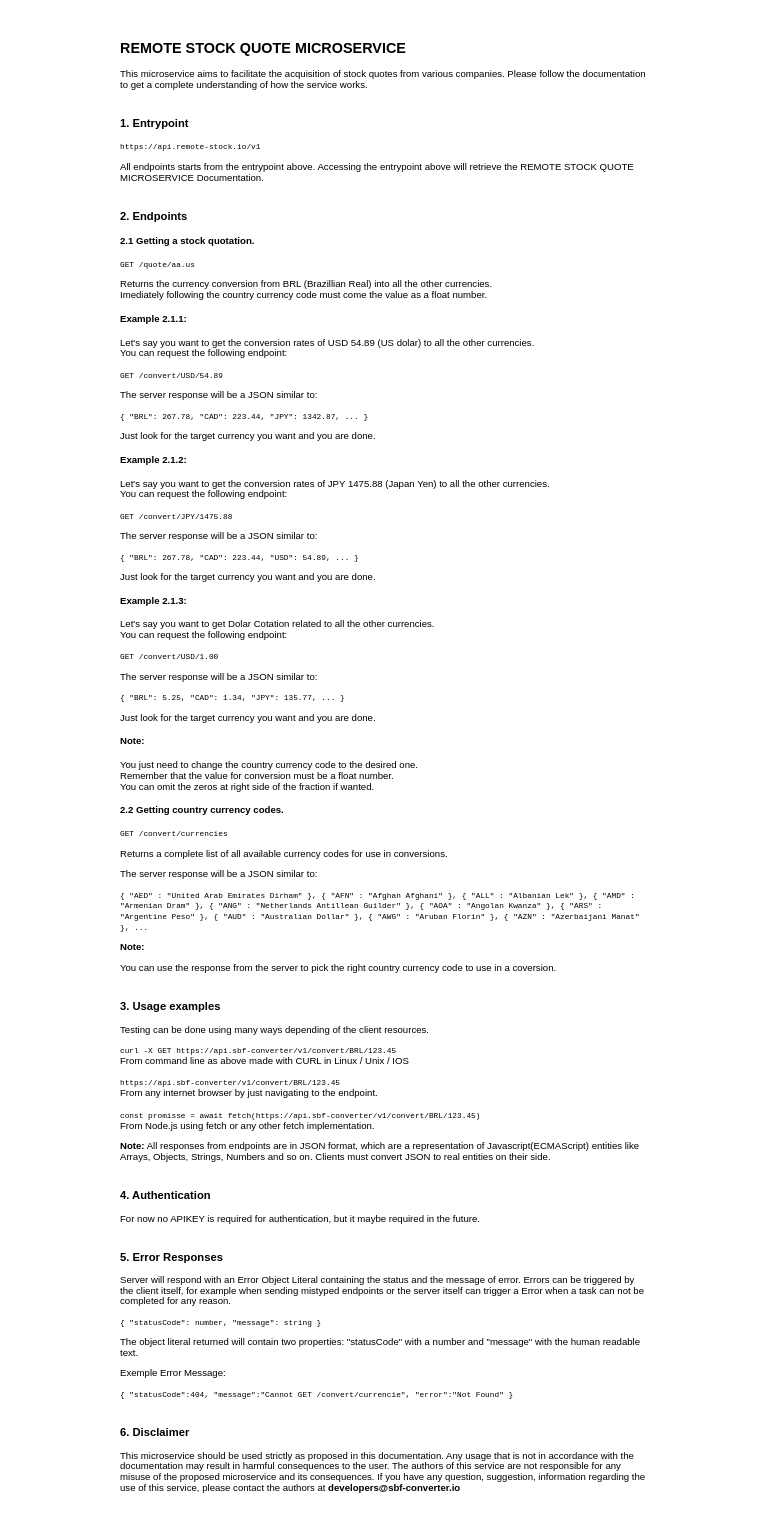
Repository: miguelamello/nest-js
Page: api-service/documentation.html
An editor plug-in stored every save of this project. The page is shown before and after a run of saves, followed by the edit.
The browser window is 1280 px wide. The pictures show the whole page, at 60% of full size.

Above is the page before, as saved 2023-03-28 17:49:20.

### api-service/documentation.html
<!DOCTYPE html>
<html lang="en">
<head>
  <meta charset="UTF-8">
  <meta http-equiv="X-UA-Compatible" content="IE=edge">
  <meta name="viewport" content="width=device-width, initial-scale=1.0">
  <title>REMOTE STOCK QUOTE MICROSERVICE</title>
  <style>
    body {
      font-family: Arial, Helvetica, sans-serif;
      padding: 3% 15%;
    }

    h3 {
      margin-top: 5%;
    }
  </style>
</head>
<body>
  <h2>REMOTE STOCK QUOTE MICROSERVICE</h2>
  <p>
    This microservice aims to facilitate the acquisition of stock quotes from various companies.
    Please follow the documentation to get a complete understanding of how the service works.
  </p>

  <h3>1. Entrypoint</h3>
  <code>https://api.remote-stock.io/v1</code>
  <p>
    All endpoints starts from the entrypoint above. Accessing the entrypoint
    above will retrieve the REMOTE STOCK QUOTE MICROSERVICE Documentation.
  </p>

  <h3>2. Endpoints</h3>
  <h4>2.1 Getting a stock quotation.</h4>
  <p>
    <code>GET /quote/aa.us</code>
    <div>Returns the currency conversion from BRL (Brazillian Real) into all the other currencies.</div>
    <div>Imediately following the country currency code must come the value as a float number.</div>

    <p>
      <h4>Example 2.1.1:</h4>
      <div>Let's say you want to get the conversion rates of USD 54.89 (US dolar) to all the other currencies.</div>
      <div>You can request the following endpoint:</div><br>
      <code>GET /convert/USD/54.89</code>
    </p>

    <p>The server response will be a JSON similar to:</p>

    <code>{ "BRL": 267.78, "CAD": 223.44, "JPY": 1342.87, ... }</code>

    <p>Just look for the target currency you want and you are done.</p>

    <p>
      <h4>Example 2.1.2:</h4>
      <div>Let's say you want to get the conversion rates of JPY 1475.88 (Japan Yen) to all the other currencies.</div>
      <div>You can request the following endpoint:</div><br>
      <code>GET /convert/JPY/1475.88</code>
    </p>

    <p>The server response will be a JSON similar to:</p>

    <code>{ "BRL": 267.78, "CAD": 223.44, "USD": 54.89, ... }</code>

    <p>Just look for the target currency you want and you are done.</p>

    <p>
      <h4>Example 2.1.3:</h4>
      <div>Let's say you want to get Dolar Cotation related to all the other currencies.</div>
      <div>You can request the following endpoint:</div><br>
      <code>GET /convert/USD/1.00</code>
    </p>

    <p>The server response will be a JSON similar to:</p>

    <code>{ "BRL": 5.25, "CAD": 1.34, "JPY": 135.77, ... }</code>

    <p>Just look for the target currency you want and you are done.</p>

    <p>
      <h4>Note:</h4>
      <div>You just need to change the country currency code to the desired one.</div>
      <div>Remember that the value for conversion must be a float number.</div>
      <div>You can omit the zeros at right side of the fraction if wanted.</div>
    </p>
  </p>

  <h4>2.2 Getting country currency codes.</h4>
  <p>
    <code>GET /convert/currencies</code>
    <div>Returns a complete list of all available currency codes for use in conversions.</div>

    <p>The server response will be a JSON similar to:</p>
    <code>
      { "AED" : "United Arab Emirates Dirham" },
      { "AFN" : "Afghan Afghani" },
      { "ALL" : "Albanian Lek" },
      { "AMD" : "Armenian Dram" },
      { "ANG" : "Netherlands Antillean Guilder" },
      { "AOA" : "Angolan Kwanza" },
      { "ARS" : "Argentine Peso" },
      { "AUD" : "Australian Dollar" },
      { "AWG" : "Aruban Florin" },
      { "AZN" : "Azerbaijani Manat" },
      ...
    </code>

    <p>
      <b>Note:</b>
      <div>You can use the response from the server to pick the right
        country currency code to use in a coversion.</div>
    </p>
  </p>

  <h3>3. Usage examples</h3>

  <p>Testing can be done using many ways depending of the client resources.</p>

  <code>curl -X GET https://api.sbf-converter/v1/convert/BRL/123.45</code>
  <div>From command line as above made with CURL in Linux / Unix / IOS</div>
  <br>
  <code>https://api.sbf-converter/v1/convert/BRL/123.45</code>
  <div>From any internet browser by just navigating to the endpoint.</div>
  <br>
  <code>const promisse = await fetch(https://api.sbf-converter/v1/convert/BRL/123.45)</code>
  <div>From Node.js using fetch or any other fetch implementation.</div>

  <p>
    <b>Note:</b> All responses from endpoints are in JSON format, which are a
    representation of Javascript(ECMAScript) entities like Arrays, Objects,
    Strings, Numbers and so on. Clients must convert JSON to real entities
    on their side.
  </p>

  <h3>4. Authentication</h3>
  <p>For now no APIKEY is required for authentication, but it maybe required in the future.</p>

  <h3>5. Error Responses</h3>

  <p>
    Server will respond with an Error Object Literal containing
    the status and the message of error. Errors can be triggered
    by the client itself, for example when sending mistyped endpoints
    or the server itself can trigger a Error when a
    task can not be completed for any reason.
  </p>

  <p>
    <code>{ "statusCode": number, "message": string }</code><br>
    <div>
      The object literal returned will contain two properties:
      "statusCode" with a number and "message" with the human readable text.
    </div>
  </p>

  <p>Exemple Error Message:</p>
  <p>
    <code>
      { "statusCode":404, "message":"Cannot GET /convert/currencie", "error":"Not Found" }
    </code>
  </p>

  <h3>6. Disclaimer</h3>
  <p>
    This microservice should be used strictly as proposed in this documentation.
    Any usage that is not in accordance with the documentation may result in harmful
    consequences to the user. The authors of this service are not responsible for
    any misuse of the proposed microservice and its consequences. If you have any question,
    suggestion, information regarding the use of this service, please contact
    the authors at <b>developers@sbf-converter.io</b>
  </p>

</body>
</html>

After the next 4 saves:
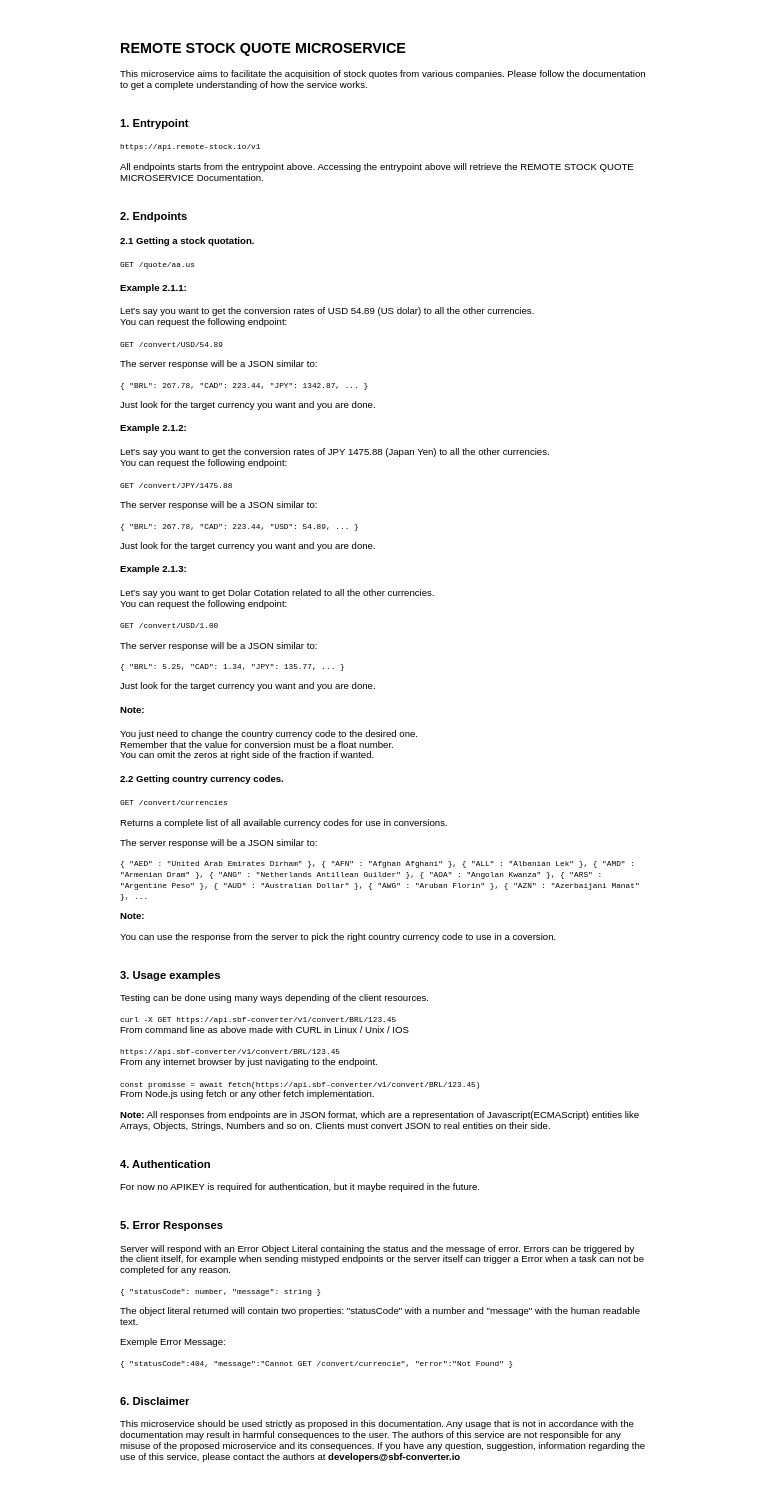
The 4 saves are shown as one change because they came seconds apart.
The last was saved 31 s later.
--- a/api-service/documentation.html
+++ b/api-service/documentation.html
@@ -34,8 +34,10 @@
   <h4>2.1 Getting a stock quotation.</h4>
   <p>
     <code>GET /quote/aa.us</code>
-    <div>Returns the currency conversion from BRL (Brazillian Real) into all the other currencies.</div>
-    <div>Imediately following the country currency code must come the value as a float number.</div>
+
+    <p>
+
+    </p>
 
     <p>
       <h4>Example 2.1.1:</h4>
